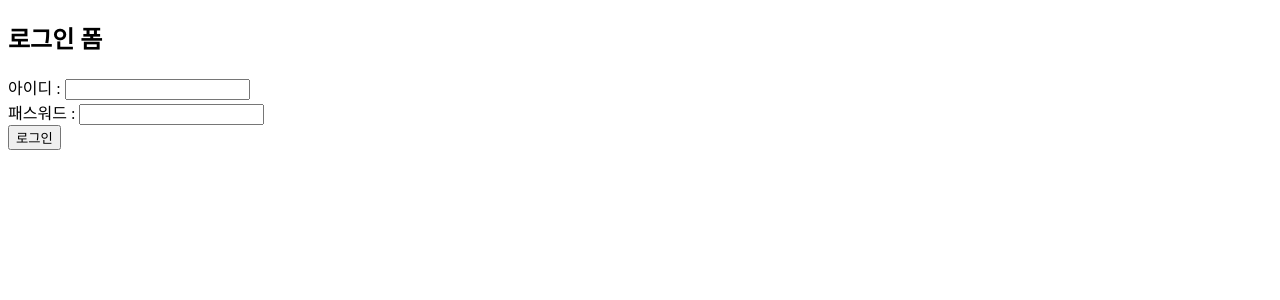
Repository: gugucon-hwan/ForStudyJSP
Page: http://localhost/StudyBasicJSP/ch12/sessionLoginForm.jsp
These files come from the project's save history. The page is drawn as it stood at one moment and after the next save; the edit follows.
The browser window is 1280 px wide. The pictures show the whole page.
The page is served by Tomcat 9.

Above is the page before, as saved 2020-08-21 23:50:06.

After the next save:
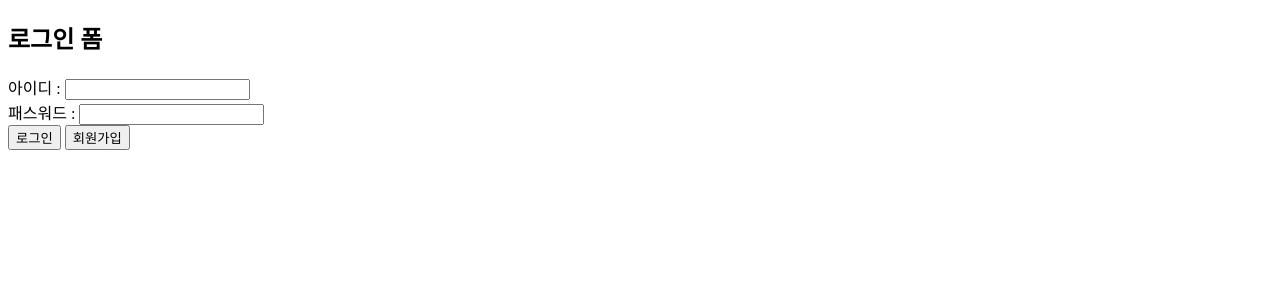
Saved 47 s later.
--- a/StudyBasicJSP/WebContent/ch12/sessionLoginForm.jsp
+++ b/StudyBasicJSP/WebContent/ch12/sessionLoginForm.jsp
@@ -12,6 +12,8 @@
 		아이디 : <input type="text" name="id" maxlength="50"><br>
 		패스워드 : <input type="password" name="passwd" maxlength="16"><br>
 		<input type="submit" value="로그인">
+		<input type="button" value="회원가입"
+			onclick="location.href='insertMemberForm.jsp'">
 	</form>
 </body>
 </html>
